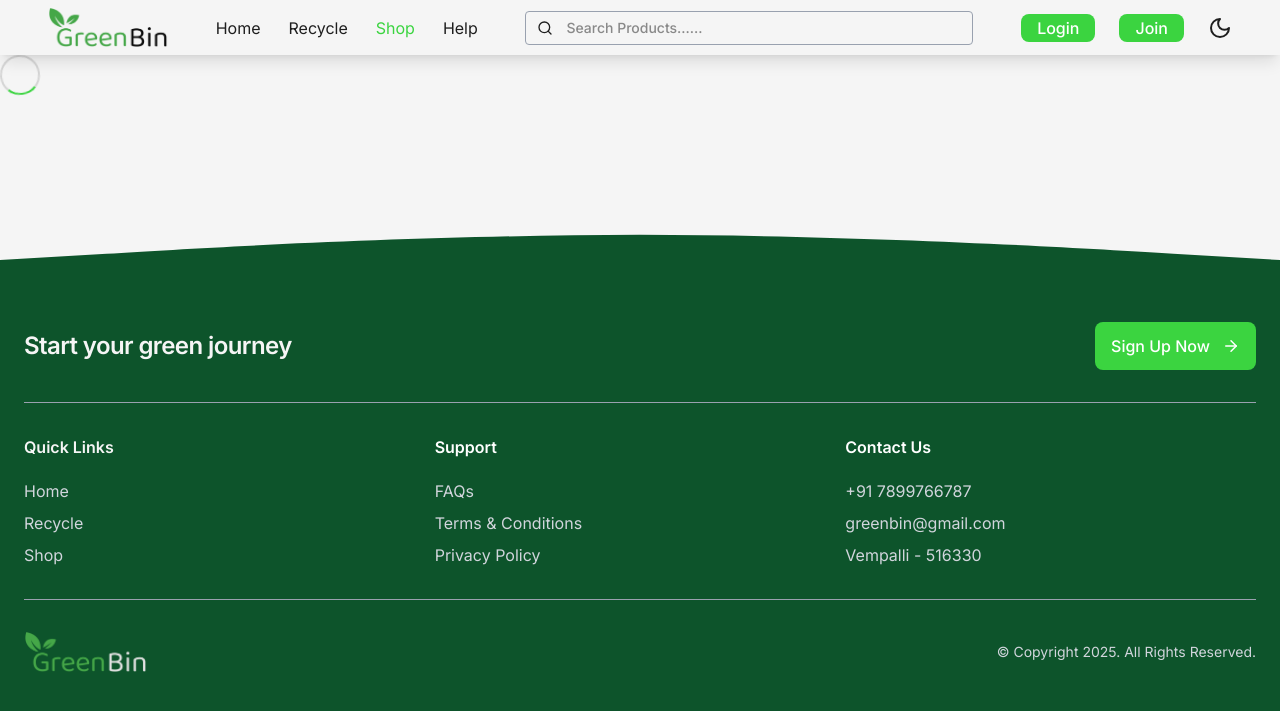
Repository: Siddhu123456/Plastic-Waste-Management
Page: /shop (app in frontend/)
The author's editor kept a copy of each file at every save. The page is drawn from the files as they stood at one save, then again after the next save.
The browser window is 1280 px wide. The pictures show the whole page.
The page's requests for data from a server got no answer. The project was rebuilt for these pictures with package versions that can differ from the ones it lists, and the page was loaded fresh each time. No one was signed in, and anything a server would have sent is missing. Also part of the build but not shown: frontend/vite.config.js, frontend/src/components/ProductCard.jsx, frontend/src/components/TrendingProductsCarousel.jsx, frontend/src/pages/Home.jsx, frontend/src/components/FilterBar.jsx, frontend/src/pages/customer/Recycle.jsx, frontend/src/components/CartItemCard.jsx, frontend/src/pages/customer/Cart.jsx and 14 more. Imported but missing from the stored project, and not drawn on this page: frontend/src/pages/Help, frontend/src/pages/customer/WishList.

Above is the page before, as saved 2025-05-06 16:33:57.

After the next save:
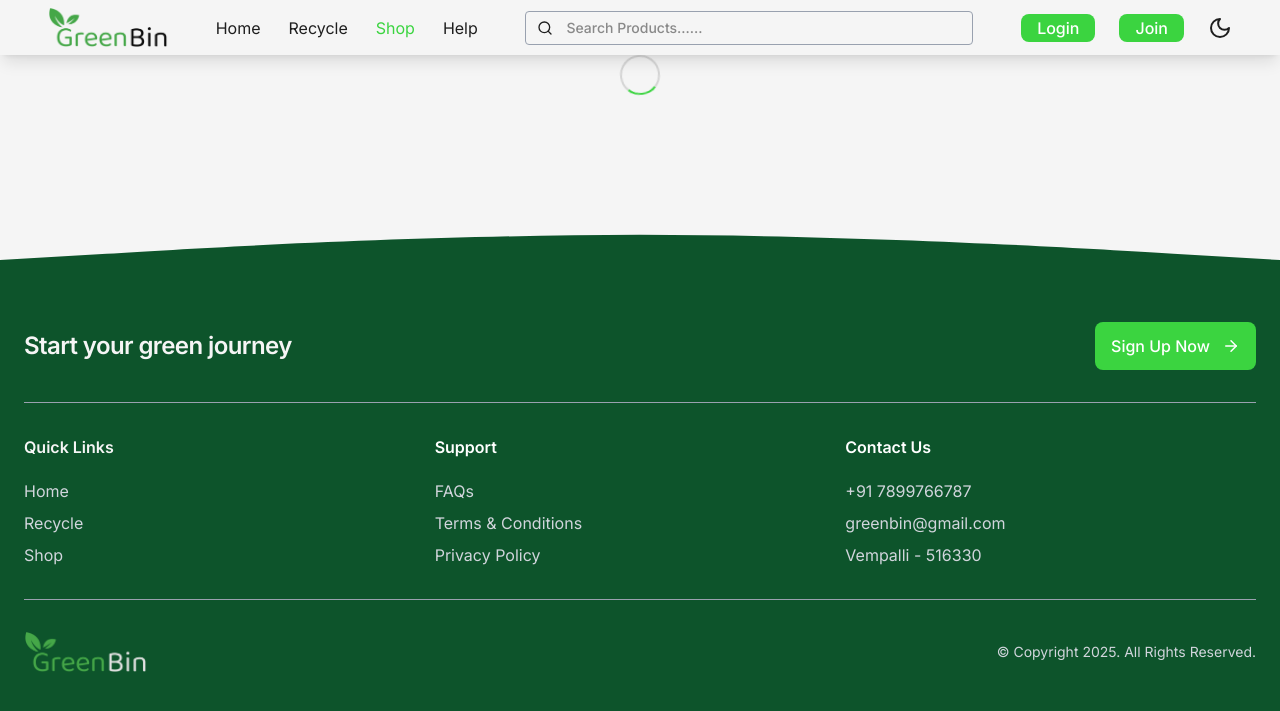
Saved 22 s later.
--- a/frontend/src/pages/customer/Shop.jsx
+++ b/frontend/src/pages/customer/Shop.jsx
@@ -98,7 +98,7 @@ const Shop = () => {
 
   if(loading)
     return (
-    <div className="text-center w-full"><Loader/></div>
+    <div className="flex justify-center w-full"><Loader/></div>
     )
 
   return (
